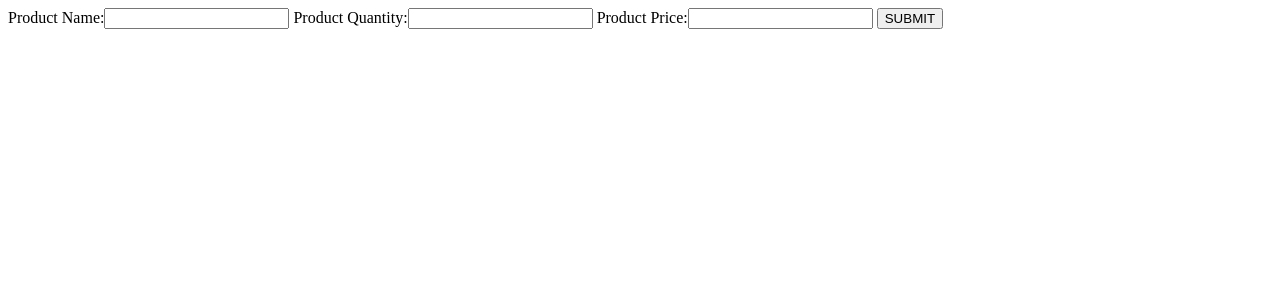
Repository: Muskan-Garg696/muskan_training
Page: WebApplicationProject1/CheckAge/WebContent/Home.html
These files come from the project's save history. The page is drawn as it stood at one moment and after the next save; the edit follows.
The browser window is 1280 px wide. The pictures show the whole page.

Above is the page before, as saved 2019-09-06 10:27:16.

After the next save:
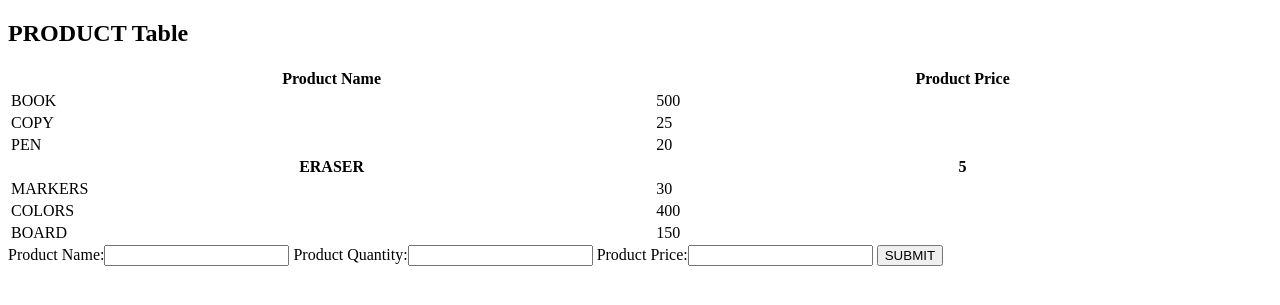
Saved 4 min 14 s later.
--- a/WebApplicationProject1/CheckAge/WebContent/Home.html
+++ b/WebApplicationProject1/CheckAge/WebContent/Home.html
@@ -5,6 +5,52 @@
 <title>Insert title here</title>
 </head>
 <body>
+
+<h2>PRODUCT Table</h2>
+
+<table style="width:100%">
+  <tr>
+    <th>Product Name</th>
+
+    <th>Product Price</th>
+  </tr>
+  <tr>
+    <td>BOOK</td>
+
+    <td>500</td>
+  </tr>
+  <tr>
+    <td>COPY</td>
+
+    <td>25</td>
+  </tr>
+  <tr>
+    <td>PEN</td>
+
+    <td>20</td>
+  </tr>
+   <tr>
+    <th>ERASER</th>
+
+    <th>5</th>
+  </tr>
+  <tr>
+    <td>MARKERS</td>
+
+    <td>30</td>
+  </tr>
+  <tr>
+    <td>COLORS</td>
+
+    <td>400</td>
+  </tr>
+  <tr>
+    <td>BOARD</td>
+
+    <td>150</td>
+  </tr>
+</table>
+
 <form action="CheckAge" method="post">
 Product Name:<input type="text" name="name" >
 Product Quantity:<input type="text" name="quantity" >
